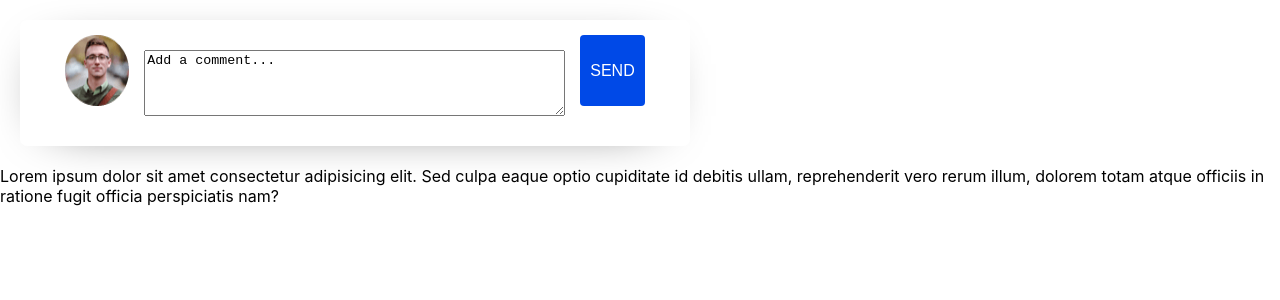
Repository: badhon252/interactive-comments-section
Page: /
The author's editor kept a copy of each file at every save. The page is drawn from the files as they stood at one save, then again after the next save.
The browser window is 1280 px wide. The pictures show the whole page.
The project was rebuilt for these pictures with package versions that can differ from the ones it lists, and the page was loaded fresh each time.

Above is the page before, as saved 2022-01-27 21:43:34.

After the next save:
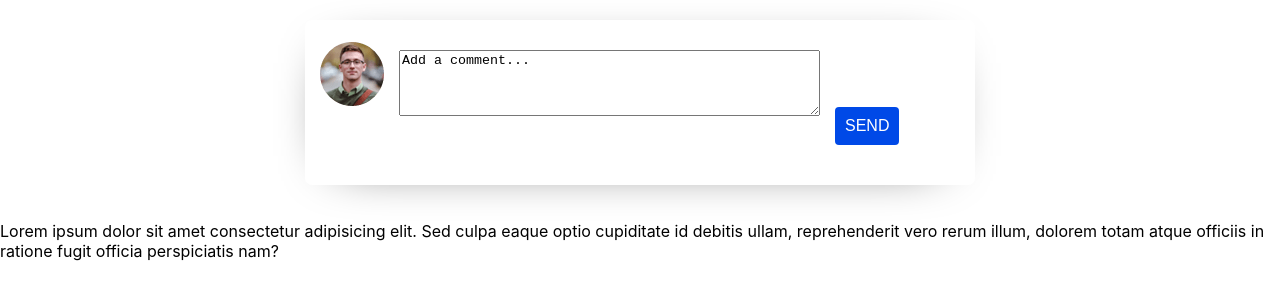
Saved 10 s later.
--- a/src/App.css
+++ b/src/App.css
@@ -1,8 +1,8 @@
 .comment {
+  display: flex;
+  justify-content: center;
 }
 .comment-section {
-  display: flex;
-  justify-content: center;
   padding: 15px;
   margin: 20px;
   width: 40rem;
